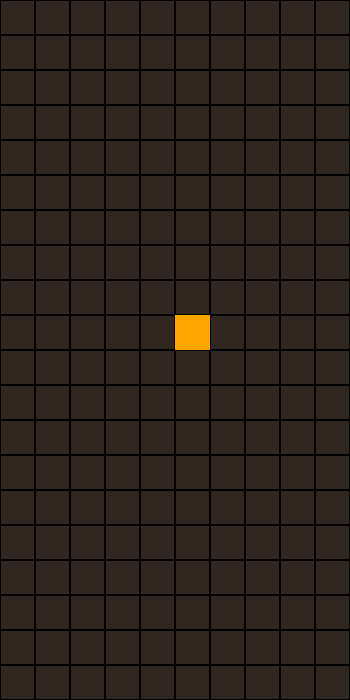
Repository: lucacdev/Tetris
Script's output: python main.py
These files come from the project's save history. The script's output is drawn as it stood at one moment and after the next save; the edit follows.
The window is shown after at most 60 frames with no key pressed. Random numbers start from a fixed seed.

Above is the script's output before, as saved 2024-02-29 18:24:16.

### main.py
from settings import *
from tetris import Tetris
import sys

class App:
    def __init__(self):
        pg.init()
        pg.display.set_caption('Tetris')
        self.screen = pg.display.set_mode(FIELD_RES)
        self.clock = pg.time.Clock()
        self.tetris = Tetris(self)

    def update(self):
        self.tetris.update()
        self.clock.tick(FPS)

    def draw(self):
        self.screen.fill(color=FIELD_COLOUR)
        self.tetris.draw()
        pg.display.flip()

    def check_events(self):
        for event in pg.event.get():
            if event.type == pg.QUIT or (event.type == pg.KEYDOWN and event.key == pg.KEY_ESCAPE):
                pg.quit()
                sys.exit()

    def run(self):
        while True:
            self.check_events()
            self.update()
            self.draw()

if __name__ == '__main__':
    app = App()
    app.run()

### settings.py
import pygame as pg

FPS = 60
FIELD_COLOUR = (48, 39, 32)

TILE_SIZE = 35
FIELD_SIZE = FIELD_W, FIELD_H = 10, 20
FIELD_RES = FIELD_W * TILE_SIZE, FIELD_H * TILE_SIZE

### tetris.py
from settings import *
import math
from tetromino import Tetromino

class Tetris:
    def __init__(self, app):
        self.app = app
        self.sprite_group = pg.sprite.Group()
        self.tetromino = Tetromino(self)

    def draw_grid(self):
        for x in range (FIELD_W):
            for y in range (FIELD_H):
                pg.draw.rect(self.app.screen, 'black',
                             (x * TILE_SIZE, y * TILE_SIZE, TILE_SIZE, TILE_SIZE), 1)

    def update(self):
        self.tetromino.update()
        self.sprite_group.update()

    def draw(self):
        self.draw_grid()
        self.sprite_group.draw(self.app.screen)

### tetromino.py
from settings import *

class Block(pg.sprite.Sprite):
    def __init__(self, tetromino, pos):
        self.tetromino = tetromino

        super().__init__(tetromino.tetris.sprite_group)
        self.image = pg.Surface([TILE_SIZE, TILE_SIZE])
        self.image.fill('orange')

        self.rect = self.image.get_rect()
        self.rect.topleft = pos[0] * TILE_SIZE, pos[1] * TILE_SIZE

class Tetromino:
    def __init__(self, tetris):
        self.tetris = tetris
        Block(self, (5, 9))

    def update(self):
        pass

After the next save:
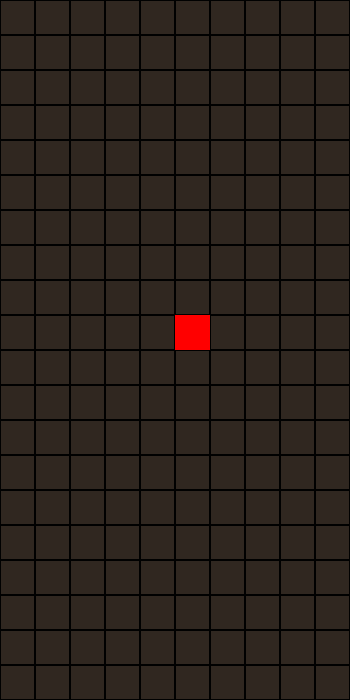
Saved 10 s later.
--- a/tetromino.py
+++ b/tetromino.py
@@ -6,7 +6,7 @@
 
         super().__init__(tetromino.tetris.sprite_group)
         self.image = pg.Surface([TILE_SIZE, TILE_SIZE])
-        self.image.fill('orange')
+        self.image.fill('red')
 
         self.rect = self.image.get_rect()
         self.rect.topleft = pos[0] * TILE_SIZE, pos[1] * TILE_SIZE
